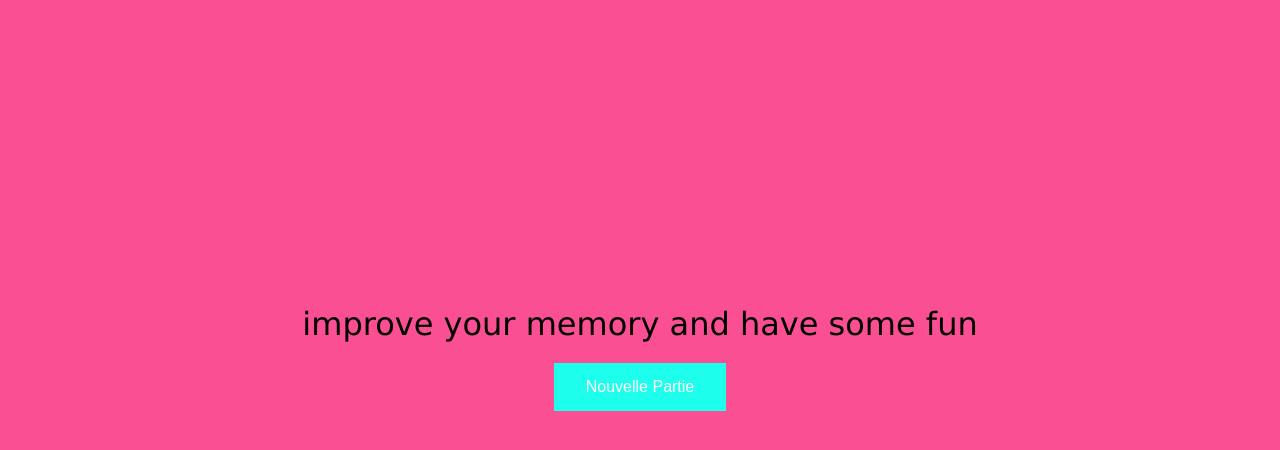
Repository: karim-sebih/react-memory
Page: / (app in react-memory/Memory/)
These files come from the project's save history. The page is drawn as it stood at one moment and after the next save; the edit follows.
The browser window is 1280 px wide. The pictures show the whole page.
The project was rebuilt for these pictures with package versions that can differ from the ones it lists, and the page was loaded fresh each time. Also part of the build but not shown: react-memory/Memory/vite.config.js, react-memory/Memory/src/components/Card.jsx, react-memory/Memory/src/components/Cards.jsx.

Above is the page before, as saved 2025-05-22 10:43:38.

### react-memory/Memory/src/App.css
#root {
  max-width: 1280px;
  margin: 0 auto;
  padding: 2rem;
  text-align: center;
}

.logo {
  height: 6em;
  padding: 1.5em;
  will-change: filter;
  transition: filter 300ms;
}
.logo:hover {
  filter: drop-shadow(0 0 2em #646cffaa);
}
.logo.react:hover {
  filter: drop-shadow(0 0 2em #61dafbaa);
}



@keyframes logo-spin {
  from {
    transform: rotate(0deg);
  }
  to {
    transform: rotate(360deg);
  }
}

@media (prefers-reduced-motion: no-preference) {
  a:nth-of-type(2) .logo {
    animation: logo-spin infinite 20s linear;
  }
}

.card {
  padding: 2em;
}

.read-the-docs {
  color: #888;
}

.title {
  font-size: 2em;
  margin-bottom: 0.5em;
}

* {
  margin: 0;
  padding: 0;
}


html,
body {
  height: 100%;
}

body {
  font-family: Verdana, sans-serif;
  background-color: #fb4f93;
  display: flex;
  justify-content: center;
  align-items: center;
}

h1 {
  color: #fff;
  font-size: 50px;
  text-align: center;
  margin-bottom: 1rem;
}

h3{
  color: #fff;
  font-size: 20px;
  text-align: center;
  margin-bottom: 1rem;
}

.container {
  height: 500px;
  width: 500px;
  /* background-color: #00e6e4; */
  display: grid;
  grid-template-columns: repeat(4, 1fr);
  grid-template-rows: repeat(4, 1fr);
  gap: .5em;
}

.card{
  background-color: #fff;
  display: flex;
  justify-content: center;
  align-items: center;
  border-radius:5px ;
  transform: rotateY(180deg);
  animation:2s hideCard linear;
  transition:transform 0.5s;
}
@keyframes hideCard{
  0%, 70%{
    transform: rotateY(0);
  }
  100%{
    transform: rotateY(180deg);
  }
}

.card img{
  max-width: 80%;
  max-height: 80%;
  transform: scale(0);
  animation:2s hideImage linear;
   transition:transform 0.5s;
}
@keyframes hideImage{
  0%, 70%{
    transform: scale(1);
  }
  100%{
    transform: scale(0);
  }
}

.card.active{
  transform: rotateY(0);
}

.card.correct{
  background-color: rgb(34, 230, 34);
}
.card.wrong{
  background-color: rgb(230, 34, 34);
}
.card.active img{
  transform: scale(1);
}

### react-memory/Memory/src/App.jsx
import { useState } from 'react'
import './App.css'
import NewGameButton from './components/Button.jsx'
import Cards from './components/Cards';

function App() {
  const [gameStarted, setGameStarted] = useState(false)



  const startNewGame = () => {

    setGameStarted(true)
  }

  return (
    <>
      <div className='title'>

        improve your memory and have some fun

      </div>
      {!gameStarted ? (
        <NewGameButton onNewGame={startNewGame} />
      ) : (
        <div>
          <div className="App">
        <h1>Memory Game</h1>
        {/* <h3>Welcome to the Memory Game!</h3> */}
        <h3>Try to match all the pairs of cards!</h3>
        <Cards />

    </div>
        </div>
      )}

    </>
  )
}

export default App

### react-memory/Memory/src/components/Button.jsx
import React from 'react';
import './Button.css';

const NewGameButton = ({ onNewGame }) => (
    <button  className='new-game-button' onClick={onNewGame}>
        Nouvelle Partie
    </button>
);



export default NewGameButton;

### react-memory/Memory/src/components/button.css
.new-game-button {
  background-color: #1dffec;
  border: none;
  color: white;
  padding: 15px 32px;
  text-align: center;
  text-decoration: none;
  display: inline-block;
  font-size: 16px;
  margin: 4px 2px;
  cursor: pointer;
}
.new-game-button:hover {
  background-color: #1dffec;
  color: white;
  box-shadow: 0 0 10px #1dffec, 0 0 20px #1dffec, 0 0 30px #1dffec;
}

Loaded but not shown: react-memory/Memory/index.html (common file); react-memory/Memory/src/main.jsx (common file)

After the next save:
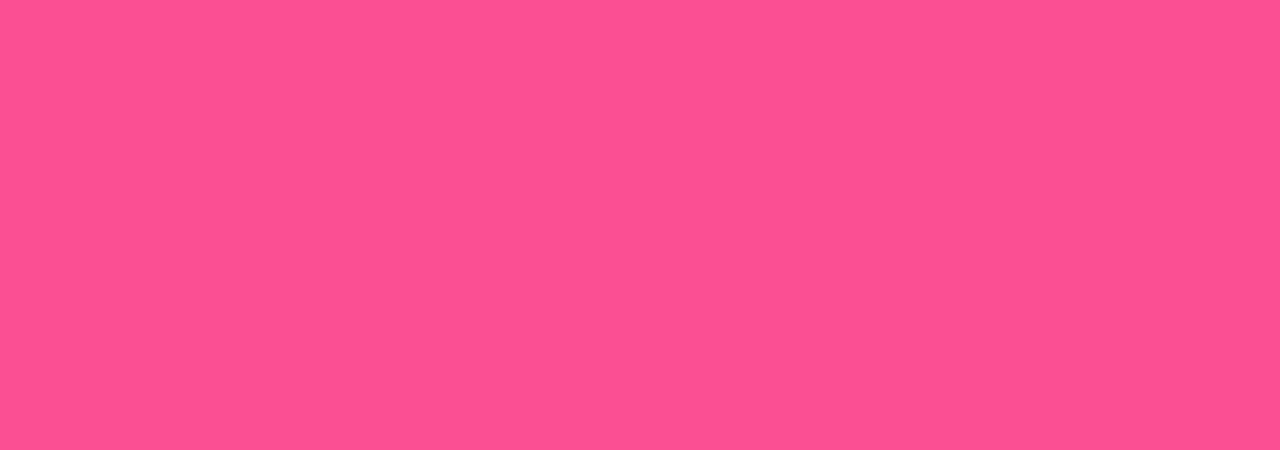
Console error: ReferenceError: startNewGame is not defined
Saved 113 s later.
--- a/react-memory/Memory/src/App.jsx
+++ b/react-memory/Memory/src/App.jsx
@@ -8,10 +8,7 @@
 
 
 
-  const startNewGame = () => {
 
-    setGameStarted(true)
-  }
 
   return (
     <>

After the 3 saves that followed:
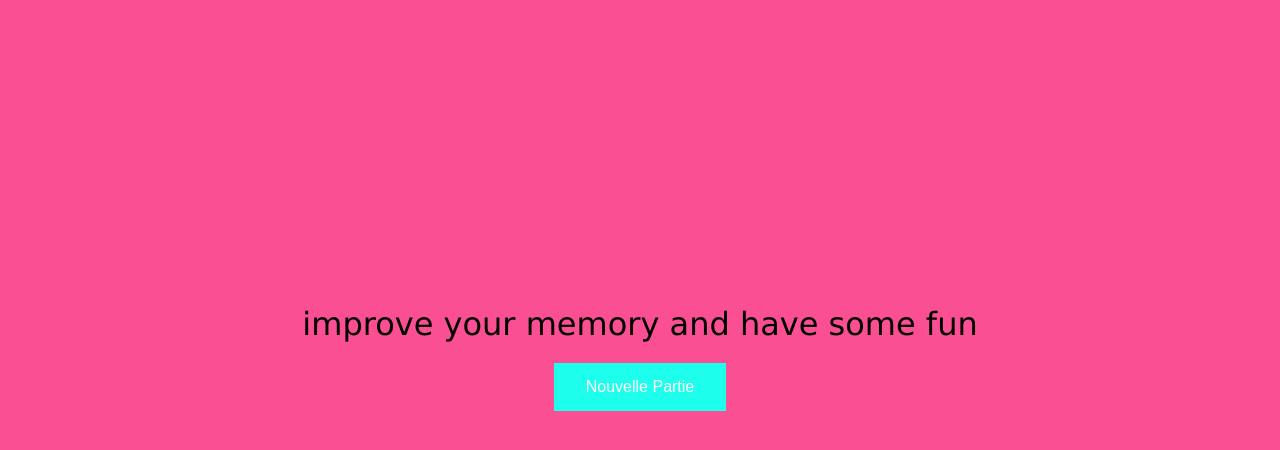
The error is gone.
The 3 saves are shown as one change because they came seconds apart.
The last was saved 9 s later.
--- a/react-memory/Memory/src/App.jsx
+++ b/react-memory/Memory/src/App.jsx
@@ -8,7 +8,10 @@
 
 
 
+  const startNewGame = () => {
 
+    setGameStarted(true)
+  }
 
   return (
     <>
